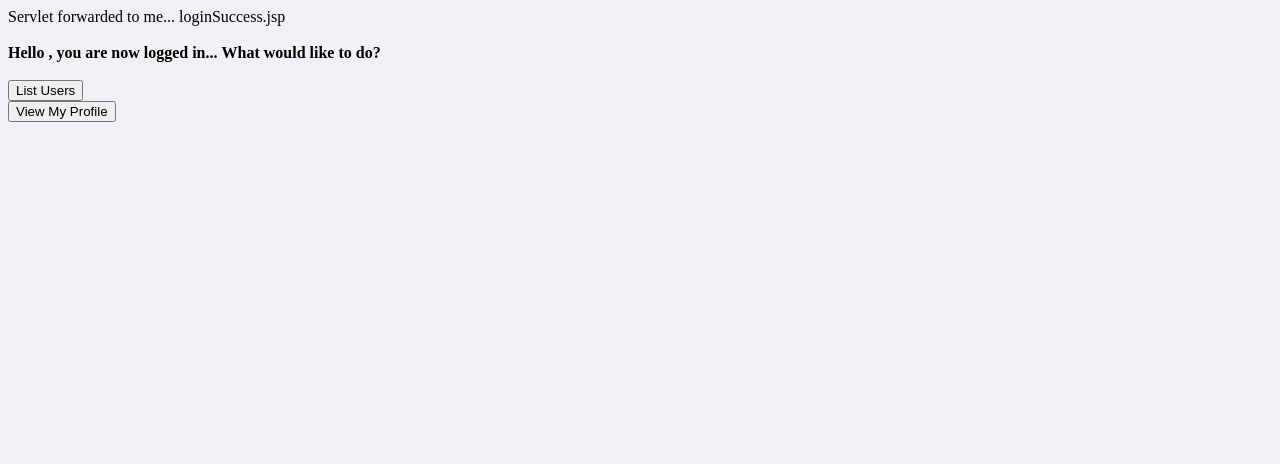
Repository: IosifDobos/Beatrice-Boutique
Page: http://localhost/BeatriceBoutique/loginSuccess.jsp
An editor plug-in stored every save of this project. The page is shown before and after the next save, followed by the edit.
The browser window is 1280 px wide. The pictures show the whole page.
The page is served by Tomcat 9.

Above is the page before, as saved 2018-12-04 18:10:13.

After the next save:
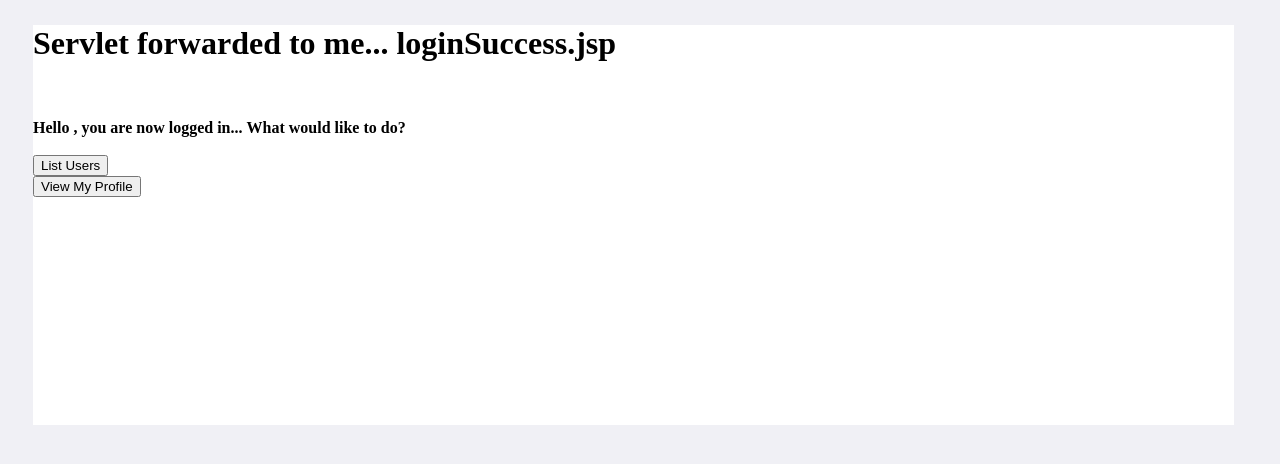
Saved 2 min 17 s later.
--- a/BeatriceBoutique/Java/WorkSpace/BeatriceBoutique/WebContent/loginSuccess.jsp
+++ b/BeatriceBoutique/Java/WorkSpace/BeatriceBoutique/WebContent/loginSuccess.jsp
@@ -12,7 +12,9 @@
 </head>
 
 <body>
-	Servlet forwarded to me... loginSuccess.jsp
+	<div class="container">
+
+		<h1>Servlet forwarded to me... loginSuccess.jsp</h1>
 
 	<br/><br/>
 
@@ -31,6 +33,8 @@
          <input type="submit" value="View My Profile" />
     </form>
 
+	</div>
+
 </body>
 
 </html>
